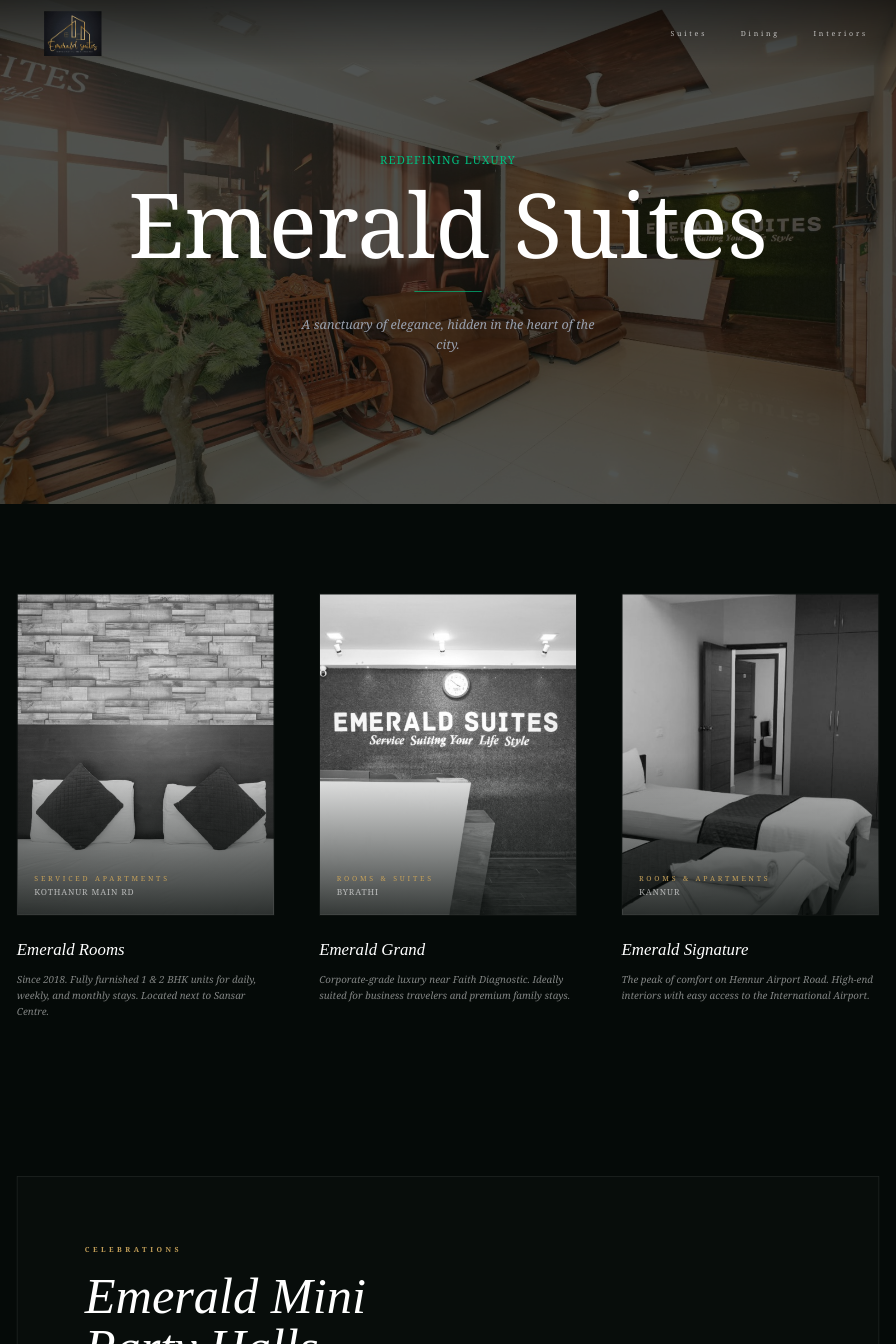
Repository: Jaden2909/emerald
Page: /
An editor plug-in stored every save of this project. The page is shown before and after the next save, followed by the edit.
The browser window is 1280 px wide. The pictures show the part of the page from y = 0 to 1920 px (the page is 6612 px tall), at 70% of full size.
The project was rebuilt for these pictures with package versions that can differ from the ones it lists, and the page was loaded fresh each time. The framework's server and built-in components were replaced by stand-ins that run in the browser. Also part of the build but not shown: next.config.ts.

Above is the page before, as saved 2026-02-19 21:04:43.

### app/page.tsx
"use client";
import Navbar from '@/components/Navbar';
import Hero from '@/components/Hero';
import Features from '@/components/Features';
import Dining from '@/components/Dining';
import Wellness from '@/components/Wellness';
import { motion } from "framer-motion";

export default function Home() {
  return (
    <main className="bg-[#050a08] min-h-screen">
      <Navbar />

      <div id="hero">
        <Hero />
      </div>

      {/* 1. PROPERTIES */}
      <div id="properties">
        <Features />
      </div>

      {/* 2. CELEBRATIONS */}
      <div id="celebrations">
        <section className="py-24 bg-[#050a08] px-6">
          <div className="max-w-7xl mx-auto border border-white/10 p-12 md:p-24 relative overflow-hidden bg-white/[0.01]">
            <div className="relative z-10 flex flex-col md:flex-row justify-between items-end gap-12">
              <div className="max-w-xl">
                <span className="text-[#c5a059] text-[10px] tracking-[0.5em] uppercase mb-6 block font-bold">Celebrations</span>
                <h2 className="text-5xl md:text-7xl font-serif italic text-white mb-8">Emerald Mini Party Halls</h2>
                <p className="text-white/70 leading-relaxed font-light italic text-lg">
                  Our versatile spaces in Byrathi and Kannur are meticulously designed for intimate gatherings,
                  corporate meetings, and boutique parties. Elegance meets convenience.
                </p>
              </div>
              <div className="text-right">
                <p className="text-[#c5a059] text-sm tracking-widest uppercase mb-4 font-bold">Ideal For</p>
                <ul className="text-white font-serif italic text-xl space-y-1">
                  <li>Small Events & Parties</li>
                  <li>Meetings & Functions</li>
                  <li>Social Gatherings</li>
                </ul>
              </div>
            </div>
          </div>
        </section>
      </div>

      {/* 3. DINING */}
      <div id="dining">
        <Dining />
      </div>

      {/* 4. WELLNESS */}
      <div id="wellness">
        <Wellness />
      </div>

      {/* 5. FOOTER (Improved Readability) */}
      <footer id="contact" className="bg-[#050a08] pt-32 pb-12 border-t border-white/10">
        <div className="max-w-7xl mx-auto px-6">
          <div className="grid md:grid-cols-2 gap-20 mb-20">
            <div>
              <h4 className="text-[#c5a059] text-[10px] tracking-[0.5em] uppercase mb-10 font-bold">Direct Reservations</h4>
              <div className="flex flex-col gap-4">
                <a href="tel:+917829591338" className="text-5xl md:text-6xl font-serif italic text-white hover:text-[#c5a059] transition-all">7829591338</a>
                <a href="tel:+919148692077" className="text-2xl font-serif italic text-white/80 hover:text-[#c5a059] transition-all">Mob: 9148692077</a>
              </div>

              <div className="mt-12 space-y-8 text-white/80 text-sm tracking-wide">
                <div>
                  <p className="text-[#c5a059] uppercase tracking-[0.3em] mb-2 font-bold">Emerald Rooms Serviced Apartment</p>
                  <p className="leading-relaxed">Hennur-Bagalur Airport Road, Kothanur Main Rd,<br />Next to Sansar Centre.</p>
                  <p className="italic text-[#c5a059] mt-2 font-medium">Landmark: Near Empire Restaurant, Kothanur</p>
                </div>
                <div>
                  <p className="text-[#c5a059] uppercase tracking-[0.3em] mb-2 font-bold">Emerald Grand</p>
                  <p className="leading-relaxed">457/16 SIACS Road, Off Hennur Airport Road.<br />Near Faith Diagnostic, Behind Bescom Office, Byrathi.</p>
                </div>
              </div>
            </div>

            <div className="flex flex-col justify-between">
              <div className="grid grid-cols-2 gap-8 border-l border-white/20 pl-10">
                <div>
                  <p className="text-white uppercase text-[11px] tracking-widest mb-6 font-bold">Stay Your Way</p>
                  <ul className="text-white/70 space-y-3 text-xs uppercase tracking-wider font-medium">
                    <li>✔ Daily Rentals</li>
                    <li>✔ Weekly Rentals</li>
                    <li>✔ Monthly Rentals</li>
                    <li>✔ Fully Furnished</li>
                  </ul>
                </div>
                <div>
                  <p className="text-white uppercase text-[11px] tracking-widest mb-6 font-bold">Ideal For</p>
                  <ul className="text-white/70 space-y-3 text-xs uppercase tracking-wider font-medium">
                    <li>Families on Vacation</li>
                    <li>Business & Corporate</li>
                    <li>Long-term Guests</li>
                  </ul>
                </div>
              </div>
              <div className="mt-12 pl-10">
                <p className="text-white italic text-2xl mb-2 text-right">Emerald Signature | Grand | Suites</p>
                <p className="text-white/60 text-[11px] text-right uppercase tracking-[0.4em] font-bold">Hospitality You Can Trust Since 2018</p>
              </div>
            </div>
          </div>

          <div className="pt-12 border-t border-white/10 flex flex-col md:flex-row justify-between items-center gap-4">
             <p className="text-[#c5a059] text-[10px] tracking-[0.6em] uppercase font-bold">© 2026 PAUPET SOFT. All Rights Reserved</p>
             <p className="text-white/40 text-[10px] tracking-widest uppercase font-medium">Experience comfort, convenience, and care – all under one roof.</p>
          </div>
        </div>
      </footer>
    </main>
  );
}

### app/globals.css
@import "tailwindcss";

@theme {
  --font-serif: "Playfair Display", serif;
  --color-gold: #c5a059;
  --color-emerald: #050a08;
}

:root {
  --background: #050a08;
  --foreground: #ffffff;
}

body {
  background: var(--background);
  color: var(--foreground);
  margin: 0;
  font-family: ui-serif, Georgia, serif;
}

### components/Navbar.tsx
"use client";
import { motion } from "framer-motion";
import { Menu } from "lucide-react";
import Image from "next/image";

export default function Navbar() {
  const scrollToSection = (id: string) => {
    const element = document.getElementById(id);
    element?.scrollIntoView({ behavior: "smooth" });
  };

  return (
    <nav className="fixed top-0 w-full z-50 flex justify-between items-center px-10 py-4 bg-gradient-to-b from-black/50 to-transparent">
      <div className="relative w-32 h-16 cursor-pointer" onClick={() => window.scrollTo({ top: 0, behavior: 'smooth' })}>
        <Image
          src="/logo.png"
          alt="Emerald Suites Logo"
          fill
          className="object-contain"
        />
      </div>

      <div className="hidden md:flex space-x-12 text-[10px] tracking-[0.4em] uppercase font-light text-white/70">
        <button onClick={() => scrollToSection('properties')} className="hover:text-[#c5a059] transition-colors">Suites</button>
        <button onClick={() => scrollToSection('dining')} className="hover:text-[#c5a059] transition-colors">Dining</button>
        <button onClick={() => scrollToSection('wellness')} className="hover:text-[#c5a059] transition-colors">Interiors</button>
      </div>

      {/* md:hidden makes this disappear on laptop screens */}
      <button className="flex md:hidden items-center gap-4 group text-white">
        <Menu size={24} strokeWidth={1} className="group-hover:text-[#c5a059] transition-colors" />
      </button>
    </nav>
  );
}

### components/Hero.tsx
"use client";
import { motion } from "framer-motion";

export default function Hero() {
  return (
    <section className="relative h-screen flex items-center justify-center overflow-hidden bg-[#050a08]">
      <motion.div
        initial={{ opacity: 0, y: 20 }}
        animate={{ opacity: 1, y: 0 }}
        transition={{ duration: 1.2, ease: "easeOut" }}
        className="text-center z-10 cursor-pointer"
        onClick={() => document.getElementById('contact')?.scrollIntoView({ behavior: 'smooth' })}
      >
        <h2 className="text-emerald-500 uppercase tracking-widest mb-4">Redefining Luxury</h2>
        <h1 className="text-7xl md:text-9xl font-light mb-8 text-white">Emerald Suites</h1>
        <div className="h-[1px] w-24 bg-emerald-500 mx-auto mb-8"></div>
        <p className="text-lg text-gray-400 max-w-md mx-auto italic">
          A sanctuary of elegance, hidden in the heart of the city.
        </p>
      </motion.div>
      {/* Updated to use your local hero-bg.jpg */}
      <div className="absolute inset-0 bg-[url('/hero-bg.jpg')] bg-cover bg-center opacity-30"></div>
    </section>
  );
}

### components/Features.tsx
"use client";
import { motion } from "framer-motion";

const properties = [
  {
    title: "Emerald Rooms",
    location: "Kothanur Main Rd",
    tag: "Serviced Apartments",
    description: "Since 2018. Fully furnished 1 & 2 BHK units for daily, weekly, and monthly stays. Located next to Sansar Centre.",
    image: "/prop-suites.jpg"
  },
  {
    title: "Emerald Grand",
    location: "Byrathi",
    tag: "Rooms & Suites",
    description: "Corporate-grade luxury near Faith Diagnostic. Ideally suited for business travelers and premium family stays.",
    image: "/prop-grand.jpg"
  },
  {
    title: "Emerald Signature",
    location: "Kannur",
    tag: "Rooms & Apartments",
    description: "The peak of comfort on Hennur Airport Road. High-end interiors with easy access to the International Airport.",
    image: "/prop-signature.jpg"
  }
];

export default function Features() {
  return (
    <section className="py-32 bg-[#050a08]">
      <div className="max-w-7xl mx-auto px-6">
        <div className="grid md:grid-cols-3 gap-16">
          {properties.map((prop, i) => (
            <motion.div
              key={i}
              initial={{ opacity: 0, y: 30 }}
              whileInView={{ opacity: 1, y: 0 }}
              viewport={{ once: true }}
              transition={{ delay: i * 0.2 }}
              className="group"
            >
              <div className="relative aspect-[4/5] mb-8 overflow-hidden border border-white/5">
                <img
                  src={prop.image}
                  alt={prop.title}
                  className="w-full h-full object-cover grayscale group-hover:grayscale-0 group-hover:scale-110 transition-all duration-700"
                />
                <div className="absolute inset-0 bg-gradient-to-t from-[#050a08] via-transparent to-transparent opacity-80" />
                <div className="absolute bottom-6 left-6">
                   <p className="text-[#c5a059] text-[10px] tracking-[0.4em] uppercase mb-1">{prop.tag}</p>
                   <p className="text-white text-xs tracking-widest uppercase opacity-60">{prop.location}</p>
                </div>
              </div>
              <h3 className="text-white text-2xl font-serif italic mb-4">{prop.title}</h3>
              <p className="text-white/50 text-sm leading-relaxed font-light italic">
                {prop.description}
              </p>
            </motion.div>
          ))}
        </div>
      </div>
    </section>
  );
}

### components/Dining.tsx
"use client";
import { motion, useScroll, useTransform } from "framer-motion";
import { useRef } from "react";

export default function Dining() {
  const ref = useRef(null);
  const { scrollYProgress } = useScroll({
    target: ref,
    offset: ["start end", "end start"],
  });

  const y = useTransform(scrollYProgress, [0, 1], ["-35%", "35%"]);

  return (
    <section ref={ref} className="relative h-screen flex items-center justify-center overflow-hidden">
      <motion.div style={{ y }} className="absolute inset-0 z-0 h-[150%]">
        <div className="absolute inset-0 bg-black/60 z-10"></div>
        <img
          src="/dining-main.jpg"
          alt="In-Suite Dining"
          className="w-full h-full object-cover"
        />
      </motion.div>

      <div className="relative z-20 text-center px-6">
        <motion.div
          initial={{ opacity: 0, y: 30 }}
          whileInView={{ opacity: 1, y: 0 }}
          viewport={{ once: true }}
          transition={{ duration: 1 }}
        >
          <span className="text-[#c5a059] text-[10px] tracking-[0.5em] uppercase mb-6 block font-bold">
            Culinary Care
          </span>
          <h2 className="text-6xl md:text-8xl font-serif italic text-white mb-8">
            In-Suite Comfort
          </h2>
          <p className="text-white/70 max-w-2xl mx-auto leading-relaxed italic text-lg mb-12">
            Experience the convenience of home with fully equipped kitchens and
            personalized room service. Enjoy complimentary breakfast and local
            flavors served in the privacy of your own suite.
          </p>
          <button
            onClick={() => document.getElementById('contact')?.scrollIntoView({ behavior: 'smooth' })}
            className="px-12 py-4 border border-[#c5a059] text-[#c5a059] uppercase text-[10px] tracking-[0.3em] hover:bg-[#c5a059] hover:text-black transition-all duration-500"
          >
            Inquire About Dining
          </button>
        </motion.div>
      </div>
    </section>
  );
}

### components/Wellness.tsx
"use client";
import { motion, useTransform, useScroll } from "framer-motion";
import { useRef } from "react";

const roomImages = [
  { title: "Living Sanctuary", url: "/well-1.jpg" },
  { title: "Executive Suite", url: "/well-2.jpg" },
  { title: "Master Bedroom", url: "/well-3.jpg" },
  { title: "Modern Restroom", url: "/well-4.jpg" }
];

export default function Wellness() {
  const targetRef = useRef<HTMLDivElement>(null);
  const { scrollYProgress } = useScroll({ target: targetRef, offset: ["start start", "end end"] });

  // Adjusted to -83.33% to account for the new 6th panel (Intro + 4 pics + 1 Button)
  const x = useTransform(scrollYProgress, [0, 1], ["0%", "-83.33%"]);

  return (
    <section ref={targetRef} className="relative h-[400vh] bg-[#050a08]">
      <div className="sticky top-0 h-screen w-full flex items-center overflow-hidden">
        <motion.div style={{ x }} className="flex flex-nowrap items-center">

          {/* PANEL 1: INTRO */}
          <div className="w-screen h-screen flex-shrink-0 flex flex-col items-center justify-center">
            <span className="text-[#c5a059] text-[10px] tracking-[0.5em] uppercase mb-4">Discovery</span>
            <h2 className="text-7xl md:text-9xl font-serif italic text-white text-center">The Interiors</h2>
          </div>

          {/* PANELS 2-5: IMAGES */}
          {roomImages.map((item, i) => (
            <div key={i} className="w-screen h-screen flex-shrink-0 flex items-center justify-center">
              <div className="relative w-[85vw] h-[70vh]">
                <img src={item.url} className="w-full h-full object-cover brightness-75 border border-white/5" alt={item.title} />
                <div className="absolute bottom-12 left-12">
                  <p className="text-[#c5a059] text-xs tracking-[0.4em] uppercase mb-2">Space 0{i + 1}</p>
                  <p className="text-white text-5xl font-serif italic">{item.title}</p>
                </div>
              </div>
            </div>
          ))}

          {/* PANEL 6: GALLERY BUTTON */}
          <div className="w-screen h-screen flex-shrink-0 flex flex-col items-center justify-center bg-[#080f0c]">
            <div className="text-center">
              <h3 className="text-white text-4xl font-serif italic mb-8">Capturing Every Detail</h3>
              <button
                className="px-12 py-5 border border-[#c5a059] text-[#c5a059] uppercase text-[10px] tracking-[0.5em] hover:bg-[#c5a059] hover:text-black transition-all duration-500"
                onClick={() => window.open('https://your-gallery-link.com', '_blank')}
              >
                View Full Gallery
              </button>
            </div>
          </div>

        </motion.div>
      </div>
    </section>
  );
}

Loaded but not shown: app/layout.tsx (common file)

After the next save:
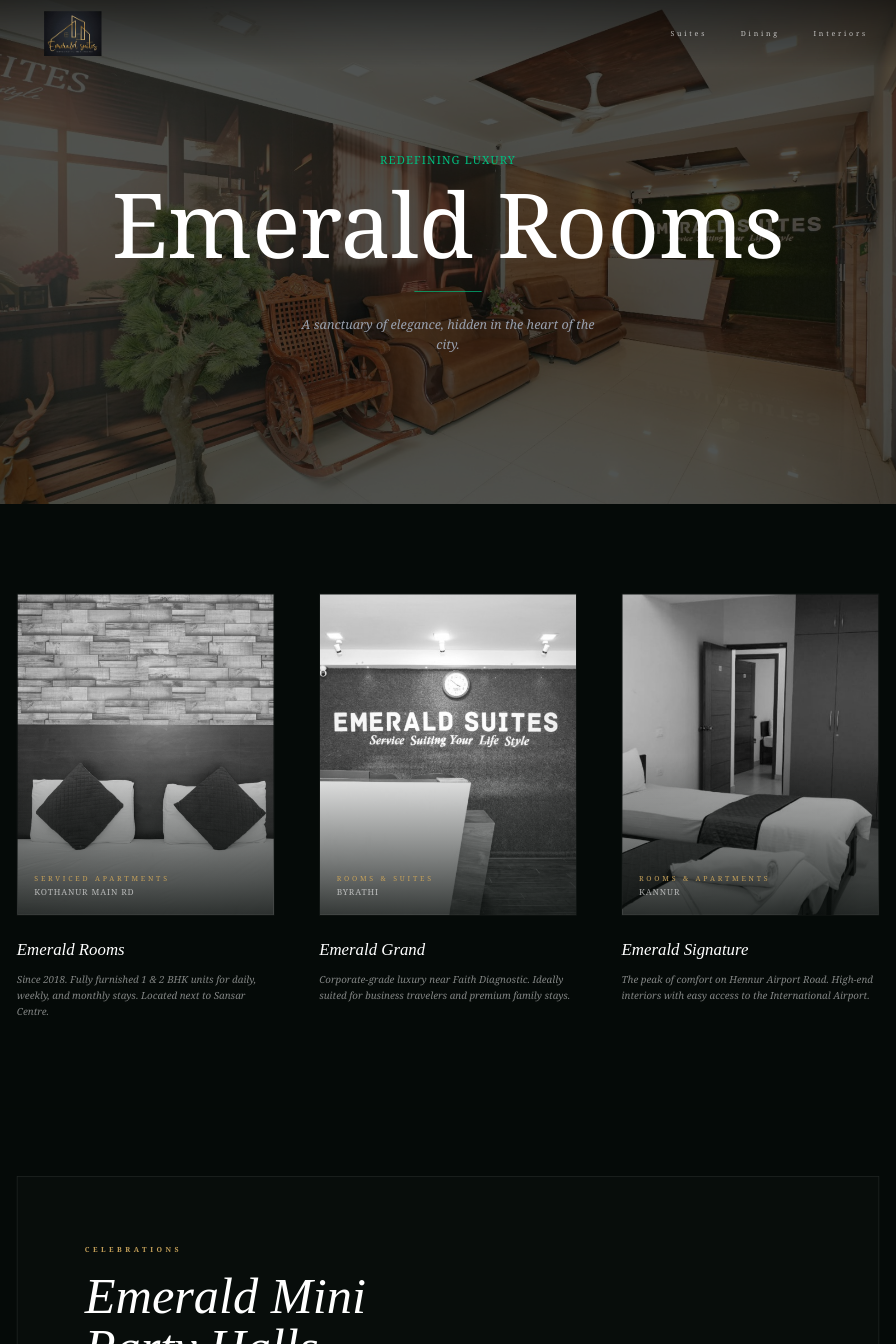
Saved 27 s later.
--- a/components/Hero.tsx
+++ b/components/Hero.tsx
@@ -12,7 +12,7 @@
         onClick={() => document.getElementById('contact')?.scrollIntoView({ behavior: 'smooth' })}
       >
         <h2 className="text-emerald-500 uppercase tracking-widest mb-4">Redefining Luxury</h2>
-        <h1 className="text-7xl md:text-9xl font-light mb-8 text-white">Emerald Suites</h1>
+        <h1 className="text-7xl md:text-9xl font-light mb-8 text-white">Emerald Rooms</h1>
         <div className="h-[1px] w-24 bg-emerald-500 mx-auto mb-8"></div>
         <p className="text-lg text-gray-400 max-w-md mx-auto italic">
           A sanctuary of elegance, hidden in the heart of the city.
